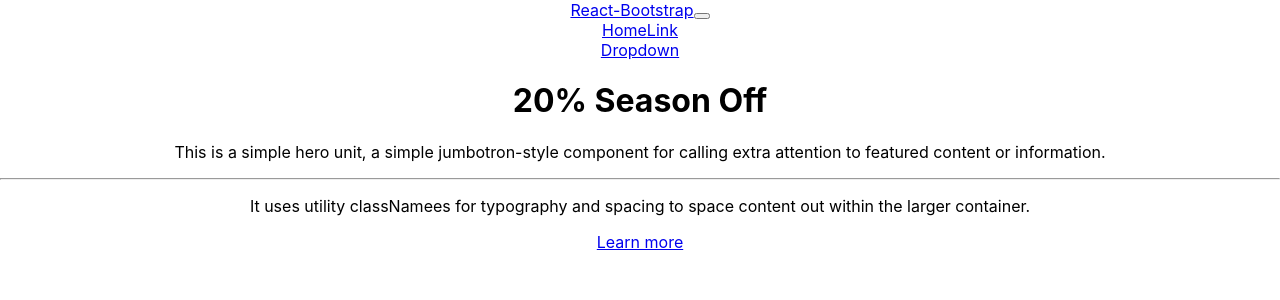
Repository: eunsuneun/react-shop
Page: /
An editor plug-in stored every save of this project. The page is shown before and after the next save, followed by the edit.
The browser window is 1280 px wide. The pictures show the whole page.
The project was rebuilt for these pictures with package versions that can differ from the ones it lists, and the page was loaded fresh each time.

Above is the page before, as saved 2021-08-25 20:10:19.

### src/App.js
import logo from './logo.svg';
import { Navbar, Container, Nav, NavDropdown } from 'react-bootstrap';

import './App.css';

function App() {
  return (
    <div className='App'>
      <Navbar bg='light' expand='lg'>
        <Container>
          <Navbar.Brand href='#home'>React-Bootstrap</Navbar.Brand>
          <Navbar.Toggle aria-controls='basic-navbar-nav' />
          <Navbar.Collapse id='basic-navbar-nav'>
            <Nav className='me-auto'>
              <Nav.Link href='#home'>Home</Nav.Link>
              <Nav.Link href='#link'>Link</Nav.Link>
              <NavDropdown title='Dropdown' id='basic-nav-dropdown'>
                <NavDropdown.Item href='#action/3.1'>Action</NavDropdown.Item>
                <NavDropdown.Item href='#action/3.2'>
                  Another action
                </NavDropdown.Item>
                <NavDropdown.Item href='#action/3.3'>
                  Something
                </NavDropdown.Item>
                <NavDropdown.Divider />
                <NavDropdown.Item href='#action/3.4'>
                  Separated link
                </NavDropdown.Item>
              </NavDropdown>
            </Nav>
          </Navbar.Collapse>
        </Container>
      </Navbar>
      <div className='jumbotron visual'>
        <h1 className='display-4'>20% Season Off</h1>
        <p className='lead'>
          This is a simple hero unit, a simple jumbotron-style component for
          calling extra attention to featured content or information.
        </p>
        <hr className='my-4' />
        <p>
          It uses utility classNamees for typography and spacing to space
          content out within the larger container.
        </p>
        <a className='btn btn-primary btn-lg' href='#' role='button'>
          Learn more
        </a>
      </div>
    </div>
  );
}

export default App;

### src/App.css
.App {
  text-align: center;
}

.App-logo {
  height: 40vmin;
  pointer-events: none;
}

@media (prefers-reduced-motion: no-preference) {
  .App-logo {
    animation: App-logo-spin infinite 20s linear;
  }
}

.App-header {
  background-color: #282c34;
  min-height: 100vh;
  display: flex;
  flex-direction: column;
  align-items: center;
  justify-content: center;
  font-size: calc(10px + 2vmin);
  color: white;
}

.App-link {
  color: #61dafb;
}

@keyframes App-logo-spin {
  from {
    transform: rotate(0deg);
  }
  to {
    transform: rotate(360deg);
  }
}

.visual {
  background: url(img/visual.jpg) no-repeat center top cover;
}

Loaded but not shown: src/index.js (common file); src/index.css (common file); src/reportWebVitals.js (common file)

After the next save:
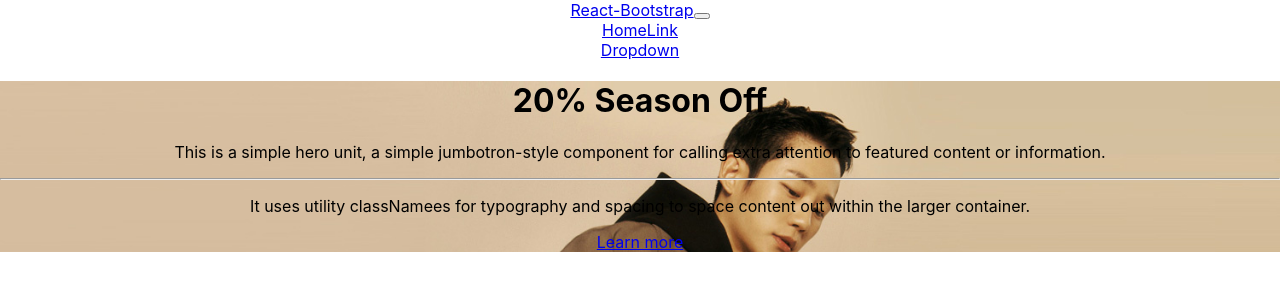
Saved 5 s later.
--- a/src/App.css
+++ b/src/App.css
@@ -38,5 +38,5 @@
 }
 
 .visual {
-  background: url(img/visual.jpg) no-repeat center top cover;
+  background: url(img/visual.jpg) no-repeat center top / cover;
 }
